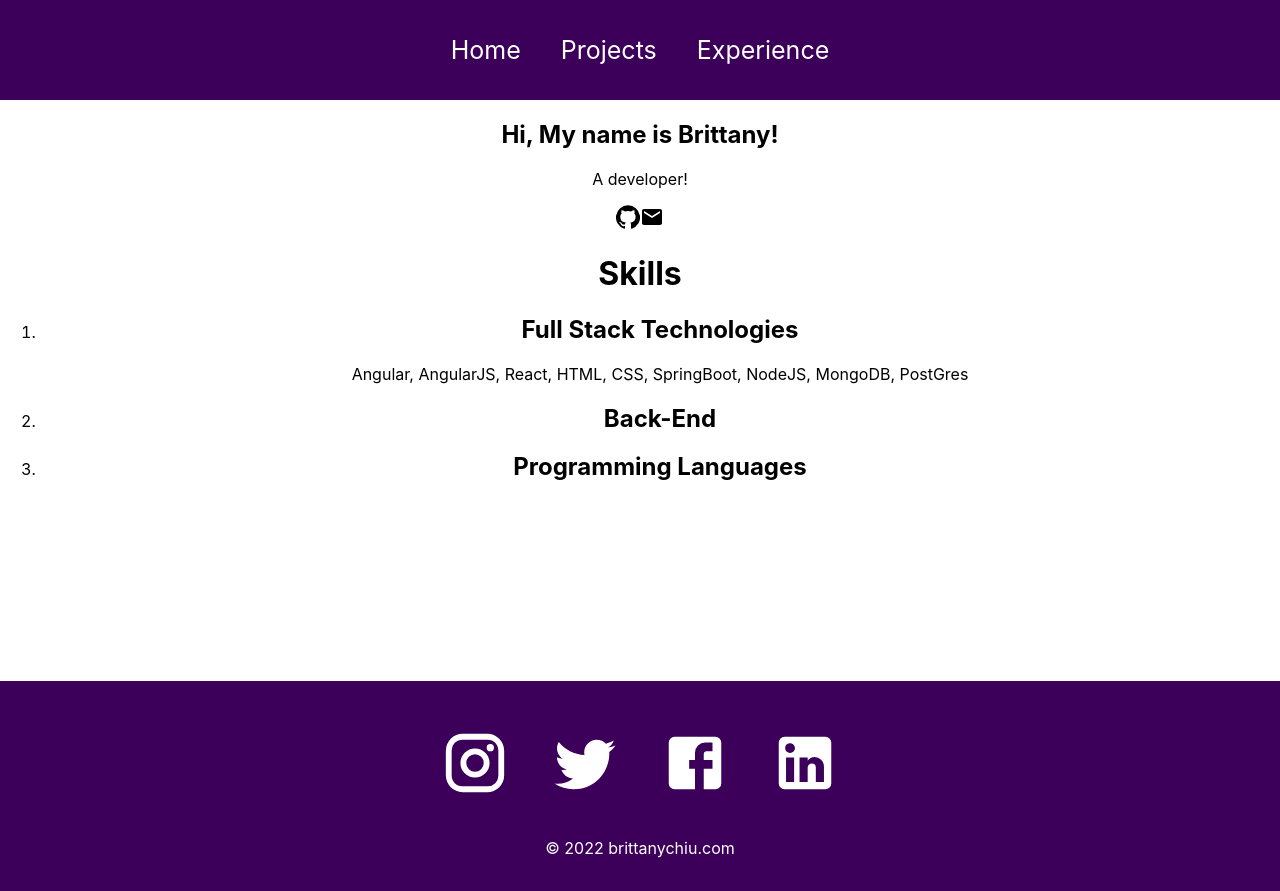
Repository: chiubacca94/chiufolio
Page: /
The author's editor kept a copy of each file at every save. The page is drawn from the files as they stood at one save, then again after a run of saves.
The browser window is 1280 px wide. The pictures show the whole page.
The project was rebuilt for these pictures with package versions that can differ from the ones it lists, and the page was loaded fresh each time. Also part of the build but not shown: src/components/Projects/Projects.js, src/components/Experiences/Experiences.js.

Above is the page before, as saved 2022-07-03 23:12:01.

### src/App.js
import './App.css';
import { BrowserRouter as Router, Routes, Route } from 'react-router-dom';
import Navbar from './components/NavBar/Navbar';
import Home from './components/Home/Home';
import Projects from './components/Projects/Projects';
import Experiences from './components/Experiences/Experiences';
import Footer from './components/Footer/Footer';

function App() {
  return (
    <div className="App">
      <Router>
        <Navbar />
        <Routes>
          <Route path="/" element={ <Home /> }></Route>
          <Route path="/projects" element={ <Projects /> }></Route>
          <Route path="/" element={ <Experiences /> }></Route>
        </Routes>
        <Footer />
      </Router>
    </div>
  );
}

export default App;

### src/App.css
.App {
  text-align: center;
}

body {
  margin: 0px;
  padding: 0px;
}

### src/components/NavBar/Navbar.js
import React, {useEffect, useState} from "react";
import { Link, useLocation } from "react-router-dom";
import ReorderIcon from '@material-ui/icons/Reorder';
import "./Navbar.css"

function Navbar() {
    // NavBr States
    const [ expandNavbar, setExpandNavbar ] = useState(false)
    const location = useLocation();

    // use when location changes and set navbar to false
    useEffect(() => {
        setExpandNavbar(false);
    }, [location])

    return (
        // id will change based on state
        <div className="navbar" id={expandNavbar ? "open" : "close"}>
            <div className="toggleButton">
                <button onClick={() => { setExpandNavbar((prev) => !prev) }}>
                    <ReorderIcon></ReorderIcon>
                </button>
            </div>
            <div className="links">
                <Link to="/"> Home </Link>
                <Link to="/projects"> Projects </Link>
                <Link to="/experience"> Experience </Link>
            </div>
        </div>
    )
}

export default Navbar;

### src/components/Home/Home.js
import React from 'react'
import GitHubIcon from '@material-ui/icons/GitHub'
import EmailIcon from '@material-ui/icons/Email'

export default function Home() {
  return (
    <div className='home'>
        <div className='about'>
            <h2>Hi, My name is Brittany!</h2>
            <div className='prompt'><p> A developer!</p></div>
            <GitHubIcon />
            <EmailIcon />
        </div>
        <div className='skills'>
            <h1>Skills</h1>
            <ol className='list'>
                <li className='item'>
                    <h2>Full Stack Technologies</h2>
                    <span>Angular, AngularJS, React, HTML, CSS, SpringBoot, NodeJS, MongoDB, PostGres</span>
                </li>
                <li className='item'>
                    <h2>Back-End</h2>
                    <span></span>
                </li>
                <li className='item'>
                    <h2>Programming Languages</h2>
                    <span></span>
                </li>
            </ol>
        </div>
    </div>
  )
}

### src/components/Footer/Footer.js
import React from 'react';
import InstagramIcon  from '@material-ui/icons/Instagram';
import TwitterIcon from '@material-ui/icons/Twitter';
import FacebookIcon from '@material-ui/icons/Facebook';
import LinkedInIcon from '@material-ui/icons/LinkedIn';
import './Footer.css'

export default function Footer() {
  return (
    <div className='footer'>
        <div className='socialMedia'>
            <InstagramIcon />
            <TwitterIcon />
            <FacebookIcon />
            <LinkedInIcon />
        </div>
        <p>&copy; 2022 brittanychiu.com</p>
    </div>
  )
}

### src/components/NavBar/Navbar.css
.navbar {
    width: 100%;
    height: 100px;
    background: #3c005a;
  }

  .links {
    width: 100%;
    height: 100%;
    display: flex;
    align-items: center;
    justify-content: center;
    color: white;
  }

  .navbar a {
    color: white;
    text-decoration: none;
    margin: 20px;
    font-size: 25px;
  }

  .toggleButton {
    width: 100%;
    height: 100px;
    display: flex;
    align-items: center;
    justify-content: flex-end;
  }

  .toggleButton svg {
    font-size: 50px;
  }
  .toggleButton button {
    margin-right: 20px;
    background-color: transparent;
    border: none;
    color: white;
    cursor: pointer;
  }

  #open {
    height: 100vh;
  }

  #open .links {
    flex-direction: column;
    justify-content: flex-start;
    margin-top: 100px;
  }

  #open a {
    width: 100%;
    text-align: center;
  }

  @media only screen and (max-width: 900px) {
    .navbar a {
      width: 70px;
    }
  }

  @media only screen and (max-width: 600px) {
    .toggleButton {
      display: flex;
    }
    #close a {
      display: none;
    }
  }

  @media only screen and (min-width: 600px) {
    .toggleButton {
      display: none;
    }

    .hiddenLinks {
      display: none;
    }

    #open {
      height: 100px;
    }

    #open .links {
      flex-direction: row;
    }
  }

### src/components/Footer/Footer.css
.footer {
    width: 100%;
    height: 200px;
    background: #3c005a;
    display: flex;
    justify-content: center;
    align-items: center;
    flex-direction: column;
    padding-top: 10px;
    margin-top: 200px;
  }

  .socialMedia svg {
    color: white;
    margin: 20px;
    font-size: 70px;
    cursor: pointer;
  }

  .footer p {
    color: white;
  }

  @media only screen and (max-width: 600px) {
    .footer svg {
      font-size: 50px;
    }
  }

Loaded but not shown: public/index.html (common file); src/index.js (common file); src/index.css (common file); src/reportWebVitals.js (common file)

After the next 2 saves:
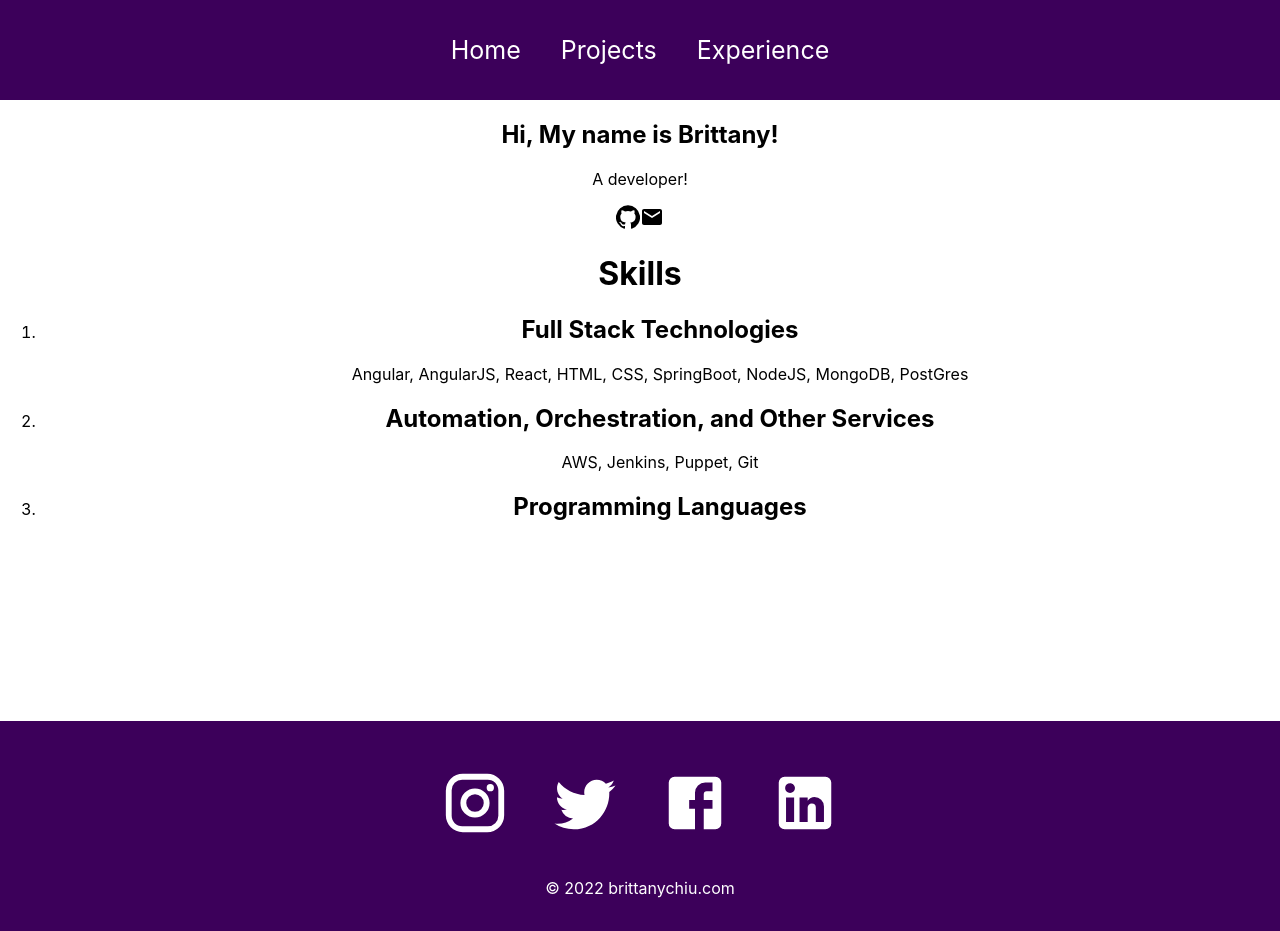
The 2 saves are shown as one change because they came seconds apart.
The last was saved 72 s later.
--- a/src/components/Home/Home.js
+++ b/src/components/Home/Home.js
@@ -19,8 +19,8 @@ export default function Home() {
                     <span>Angular, AngularJS, React, HTML, CSS, SpringBoot, NodeJS, MongoDB, PostGres</span>
                 </li>
                 <li className='item'>
-                    <h2>Back-End</h2>
-                    <span></span>
+                    <h2>Automation, Orchestration, and Other Services</h2>
+                    <span>AWS, Jenkins, Puppet, Git</span>
                 </li>
                 <li className='item'>
                     <h2>Programming Languages</h2>
